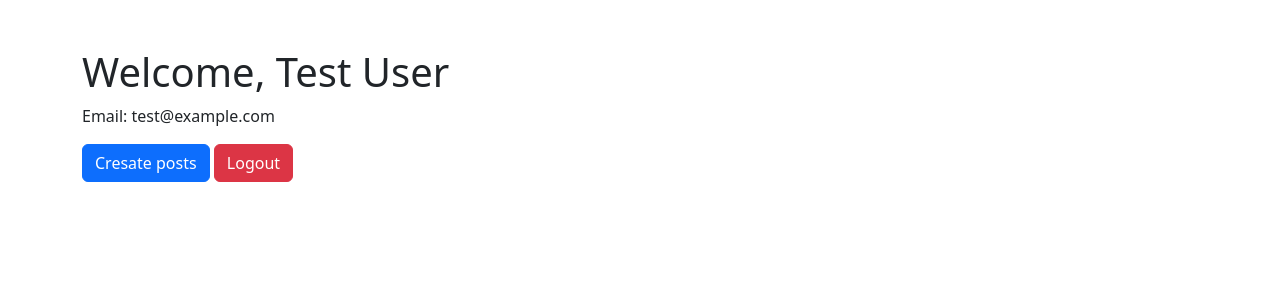
Repository: Abdulahi338/Authentication-using-laravel-11
Page: http://localhost/dashboard
An editor plug-in stored every save of this project. The page is shown before and after the next save, followed by the edit.
The browser window is 1280 px wide. The pictures show the whole page.
The page is served by the project's Laravel application, run on PHP 8.4 with Laravel 12. A made-up administrator, Test User (test@example.com), is signed in. Other server files are loaded and not shown.

Above is the page before, as saved 2024-10-16 11:26:02.

### routes/web.php
<?php


use Illuminate\Support\Facades\Route;
use App\Http\Controllers\AuthController;
use Illuminate\Support\Facades\Auth;

// Guest routes (not logged in)
Route::middleware('guest')->group(function () {
    // Home route
    Route::get('/', function () {
        return view('layouts.app');
    })->name('home');

    // Registration routes
    Route::get('/register', function () {
        return view('auth.register');
    })->name('register.form');

    Route::post('/register', [AuthController::class, 'register'])->name('register');

    // Login routes
    Route::get('/login', function () {
        return view('auth.login');
    })->name('login.form');

    Route::post('/login', [AuthController::class, 'login'])->name('login');

    // Password reset request routes
    Route::get('/password/reset', [AuthController::class, 'showResetRequestForm'])->name('password.request');
    Route::post('/password/email', [AuthController::class, 'sendResetLinkEmail'])->name('password.email');

    // Password reset routes
    Route::get('/password/reset/{token}/{email}', [AuthController::class, 'showResetForm'])->name('password.reset');
    Route::post('/password/reset', [AuthController::class, 'reset'])->name('password.update');
    Route::get('/verify-email/{token}', [AuthController::class, 'verifyEmail'])->name('verification.verify');



});

// Authenticated routes (users who are logged in)
Route::middleware('auth')->group(function () {
     // Email verification route

    // Verification notice route
    Route::get('/verification-notice', function () {
        return view('auth.verification-notice');
    })->name('verification.notice');
        // Resend verification route
        Route::post('/resend-verification', [AuthController::class, 'resendVerification'])->name('verification.resend');
    // Dashboard route
    Route::get('/dashboard', [AuthController::class, 'dashboard'])->name('dashboard');

    // Logout route
    Route::post('/logout', [AuthController::class, 'logout'])->name('logout');

});


use App\Http\Controllers\PostController;

Route::middleware(['auth', 'verified'])->group(function () {
    Route::get('/posts', [PostController::class, 'index'])->name('posts.index');
    Route::get('/posts/create', [PostController::class, 'create'])->name('posts.create');
    Route::post('/posts', [PostController::class, 'store'])->name('posts.store');
    Route::get('/posts/{post}/edit', [PostController::class, 'edit'])->name('posts.edit');
    Route::put('/posts/{post}', [PostController::class, 'update'])->name('posts.update');
    Route::delete('/posts/{post}', [PostController::class, 'destroy'])->name('posts.destroy');
});

### app/Models/User.php
<?php

namespace App\Models;

// use Illuminate\Contracts\Auth\MustVerifyEmail;
use Illuminate\Database\Eloquent\Factories\HasFactory;
use Illuminate\Foundation\Auth\User as Authenticatable;
use Illuminate\Notifications\Notifiable;

class User extends Authenticatable
{
    use HasFactory, Notifiable;

    /**
     * The attributes that are mass assignable.
     *
     * @var array<int, string>
     */
    // User.php
public function posts()
{
    return $this->hasMany(Post::class);
}


    protected $fillable = [
        'name',
        'email',
        'password',
    ];

    /**
     * The attributes that should be hidden for serialization.
     *
     * @var array<int, string>
     */
    protected $hidden = [
        'password',
        'remember_token',
    ];

    /**
     * Get the attributes that should be cast.
     *
     * @return array<string, string>
     */
    protected function casts(): array
    {
        return [
            'email_verified_at' => 'datetime',
            'password' => 'hashed',
        ];
    }
}

### app/Http/Controllers/AuthController.php
<?php

namespace App\Http\Controllers;

use App\Models\User;
use App\Mail\VerificationMail;
use Illuminate\Http\Request;
use Illuminate\Support\Facades\Hash;
use Illuminate\Support\Facades\Mail;
use Illuminate\Support\Facades\DB;
use Illuminate\Support\Str;
use Illuminate\Support\Facades\Password;

class AuthController extends Controller
{
    // Registration function
    public function register(Request $request)
    {
        // Validate user input
        $validated = $request->validate([
            'name' => 'required|string|max:255',
            'email' => 'required|email|unique:users,email',
            'password' => 'required|string|min:3|confirmed', // Password should be more secure
        ]);

        // Hash password and create the user
        $user = User::create([
            'name' => $validated['name'],
            'email' => $validated['email'],
            'password' => Hash::make($validated['password']),
        ]);

        // Generate verification token
        $token = Str::random(32);
        DB::table('email_verifications')->insert([
            'user_id' => $user->id,
            'token' => $token,
            'created_at' => now(),
        ]);

        // Send verification email
        Mail::to($user->email)->send(new VerificationMail($user, $token));

        // Redirect to login with a success message
        return redirect()->route('login')->with('message', 'Registration successful! Please check your email to verify your account.');
    }

    // Login function
    public function login(Request $request)
    {
        // Validate the login request
        $credentials = $request->validate([
            'email' => 'required|email',
            'password' => 'required|string',
        ]);

        // Attempt to find the user
        $user = User::where('email', $credentials['email'])->first();

        if (!$user) {
            return redirect()->back()->withErrors(['email' => 'Invalid credentials.'])->withInput();
        }

        // Check if the email is verified
        if (!$user->email_verified_at) {
            return redirect()->back()->withErrors(['email' => 'Please verify your email first.'])->withInput();
        }

        // Check the password
        if (!Hash::check($credentials['password'], $user->password)) {
            return redirect()->back()->withErrors(['email' => 'Invalid credentials.'])->withInput();
        }

        // Log the user in
        auth()->login($user);

        return redirect()->route('dashboard'); // Redirect to the dashboard after successful login
    }

    // Email Verification function
    public function verifyEmail($token)
    {
        // Look for the token in the email_verifications table
        $verification = DB::table('email_verifications')->where('token', $token)->first();

        // If the token is not found, return an error
        if (!$verification) {
            return redirect()->route('login')->withErrors(['token' => 'Invalid verification token.']);
        }

        // Find the user by the token
        $user = User::find($verification->user_id);

        // Mark email as verified
        $user->email_verified_at = now();
        $user->save();

        // Optionally delete the token after successful verification
        DB::table('email_verifications')->where('token', $token)->delete();

        // Log the user in
        auth()->login($user);

        return redirect()->route('dashboard')->with('message', 'Email verified successfully! Welcome to your dashboard.');
    }

    // Resend Email Verification
    public function resendVerification(Request $request)
    {
        // Validate the request
        $request->validate([
            'email' => 'required|email',
        ]);

        // Find the user by email
        $user = User::where('email', $request->email)->first();

        if (!$user) {
            return redirect()->back()->withErrors(['email' => 'User not found.']);
        }

        // Check if the user already has a verified email
        if ($user->email_verified_at) {
            return redirect()->back()->withErrors(['email' => 'Email is already verified.']);
        }

        // Generate a new verification token
        $token = Str::random(32);

        // Update or create a new verification record
        DB::table('email_verifications')->updateOrInsert(
            ['user_id' => $user->id],
            ['token' => $token, 'created_at' => now()]
        );

        // Send the verification email
        Mail::to($user->email)->send(new VerificationMail($user, $token));

        return redirect()->back()->with('message', 'Verification email resent.');
    }

    // Show password reset request form
    public function showResetRequestForm()
    {
        return view('auth.passwords.email');
    }

    // Handle sending the reset link
    public function sendResetLinkEmail(Request $request)
    {
        // Validate the request
        $request->validate([
            'email' => 'required|email',
        ]);

        // Send the reset link
        $status = Password::sendResetLink($request->only('email'));

        // Return response based on the status
        return $status === Password::RESET_LINK_SENT
            ? back()->with('status', __($status))
            : back()->withErrors(['email' => __($status)]);
    }

    // Password Reset Form
    public function showResetForm($token, $email)
    {
        return view('auth.passwords.reset')->with(['token' => $token, 'email' => $email]);
    }

    // Handle password reset
    public function reset(Request $request)
    {
        // Validate the request
        $request->validate([
            'email' => 'required|email',
            'password' => 'required|string|min:6|confirmed',
            'token' => 'required',
        ]);

        // Reset the password
        $status = Password::reset(
            $request->only('email', 'password', 'password_confirmation', 'token'),
            function ($user) use ($request) {
                $user->password = Hash::make($request->password);
                $user->save();
            }
        );

        // Redirect or return based on the status
        return $status === Password::PASSWORD_RESET
            ? redirect()->route('login')->with('status', __($status))
            : back()->withErrors(['email' => __($status)]);
    }

    // Dashboard
    public function dashboard()
    {
        if (auth()->check()) {
            return view('dashboard', ['user' => auth()->user()]);
        }

        return redirect('/login')->with('message', 'Please log in first.');
    }

    // Logout
    public function logout(Request $request)
    {
        auth()->logout();
        return redirect('/login')->with('message', 'You have been logged out successfully!');
    }
}

### resources/views/dashboard.blade.php
{{-- resources/views/dashboard.blade.php --}}
<!DOCTYPE html>
<html lang="en">
<head>
    <meta charset="UTF-8">
    <meta name="viewport" content="width=device-width, initial-scale=1.0">
    <link href="https://cdn.jsdelivr.net/npm/bootstrap@5.3.0-alpha1/dist/css/bootstrap.min.css" rel="stylesheet">
    <title>User Dashboard</title>
</head>
<body>

    <div class="container mt-5">
        @if(session('message'))
        <div class="alert alert-success">{{ session('message') }}</div>
    @endif
        <h1>Welcome, {{ $user->name }}</h1>
        <p>Email: {{ $user->email }}</p>


        <form action="{{ url('/logout') }}" method="POST">
            @csrf
            <button type="submit" class="btn btn-primary"><a class="nav-link" href="{{ url('/posts/create') }}">Cresate posts</a></button>

            <button type="submit" class="btn btn-danger">Logout</button>
        </form>
    </div>
</body>
</html>

Loaded but not shown: app/Http/Controllers/Controller.php (common file)

After the next save:
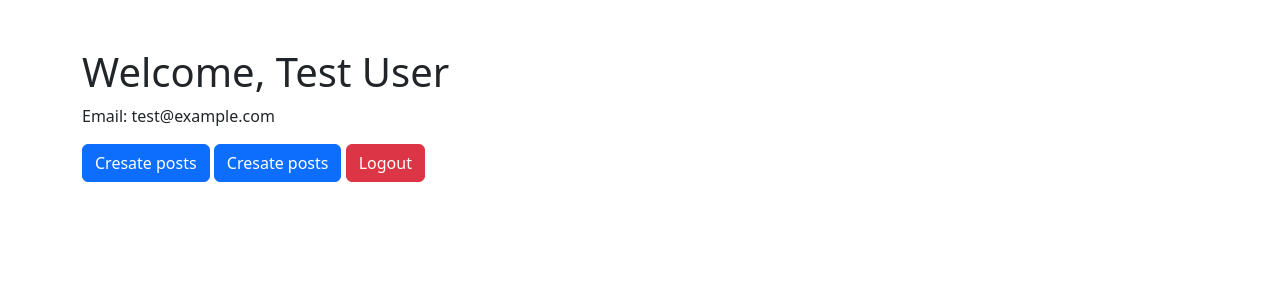
Saved 4 s later.
--- a/resources/views/dashboard.blade.php
+++ b/resources/views/dashboard.blade.php
@@ -20,6 +20,7 @@
         <form action="{{ url('/logout') }}" method="POST">
             @csrf
             <button type="submit" class="btn btn-primary"><a class="nav-link" href="{{ url('/posts/create') }}">Cresate posts</a></button>
+            <button type="submit" class="btn btn-primary"><a class="nav-link" href="{{ url('/posts/create') }}">Cresate posts</a></button>
 
             <button type="submit" class="btn btn-danger">Logout</button>
         </form>
